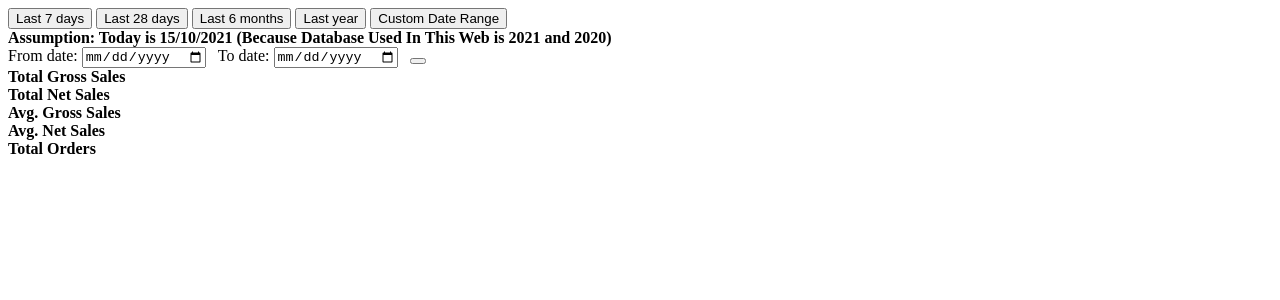
Repository: quockhuongtrann/Ecommerce-Website-With-Spring-Framework
Page: http://localhost/reports/sales_report_by_date
These files come from the project's save history. The page is drawn as it stood at one moment and after the next save; the edit follows.
The browser window is 1280 px wide. The pictures show the whole page.
The page is this project's Thymeleaf template; nobody is signed in. The template is opened directly, without the code that normally fills it, so the values that code supplies are empty.

Above is the page before, as saved 2023-01-18 12:55:26.

### ShopTqkProject/ShopTqkWebParent/ShopTqkBackend/src/main/resources/templates/reports/sales_report_by_date.html
<!DOCTYPE html>
<html xmlns:th="http://www.thymeleaf.org">
<body>
<div th:fragment="content" th:remove="tag">
	<div>
		<button period="last_7_days" class="btn btn-primary button-sales-by-date m-1">Last 7 days</button>
		<button period="last_28_days" class="btn btn-light button-sales-by-date m-1">Last 28 days</button>
		<button period="last_6_months" class="btn btn-light button-sales-by-date m-1">Last 6 months</button>
		<button period="last_year" class="btn btn-light button-sales-by-date m-1">Last year</button>
		<button class="btn btn-light button-sales-by-date m-1">Custom Date Range</button>
		<div><b>Assumption: Today is 15/10/2021 (Because Database Used In This Web is 2021 and 2020)</b></div>
	</div>

	<form>
	<div id="divCustomDateRange">
		From date: <input type="date" id="startDate" /> &nbsp;
		To date: <input type="date" id="endDate" /> &nbsp;
		<button type="button" class="btn btn-secondary" id="buttonViewReportByDateRange"></button>
	</div>
	</form>

	<div id="chart_sales_by_date" class="justify-content-center mt-3">

	</div>

	<div class="row justify-content-center">
		<div class="col-2-sm">
			<div class="card">
				<div class="card-header"><b>Total Gross Sales</b></div>
				<div class="card-body">
					<span class="h3" id="textTotalGrossSales"></span>
				</div>
			</div>
		</div>

		<div class="col-2-sm">
			<div class="card">
				<div class="card-header"><b>Total Net Sales</b></div>
				<div class="card-body">
					<span class="h3" id="textTotalNetSales"></span>
				</div>
			</div>
		</div>

		<div class="col-2-sm">
			<div class="card">
				<div class="card-header"><b>Avg. Gross Sales</b></div>
				<div class="card-body">
					<span class="h3" id="textAvgGrossSales"></span>
				</div>
			</div>
		</div>

		<div class="col-2-sm">
			<div class="card">
				<div class="card-header"><b>Avg. Net Sales</b></div>
				<div class="card-body">
					<span class="h3" id="textAvgNetSales"></span>
				</div>
			</div>
		</div>

		<div class="col-2-sm">
			<div class="card">
				<div class="card-header"><b>Total Orders</b></div>
				<div class="card-body">
					<span class="h3" id="textTotalOrders"></span>
				</div>
			</div>
		</div>
	</div>
</div>

</body>
</html>

After the next save:
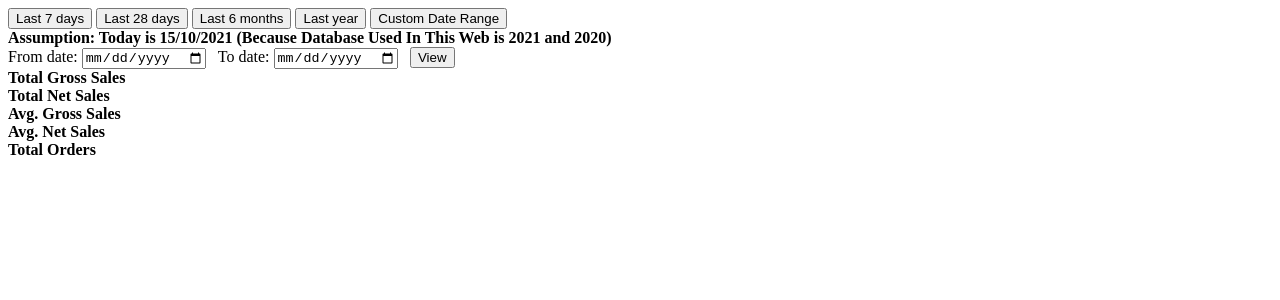
Saved 4 s later.
--- a/ShopTqkProject/ShopTqkWebParent/ShopTqkBackend/src/main/resources/templates/reports/sales_report_by_date.html
+++ b/ShopTqkProject/ShopTqkWebParent/ShopTqkBackend/src/main/resources/templates/reports/sales_report_by_date.html
@@ -15,7 +15,7 @@
 	<div id="divCustomDateRange">
 		From date: <input type="date" id="startDate" /> &nbsp;
 		To date: <input type="date" id="endDate" /> &nbsp;
-		<button type="button" class="btn btn-secondary" id="buttonViewReportByDateRange"></button>
+		<button type="button" class="btn btn-secondary" id="buttonViewReportByDateRange">View</button>
 	</div>
 	</form>
 
